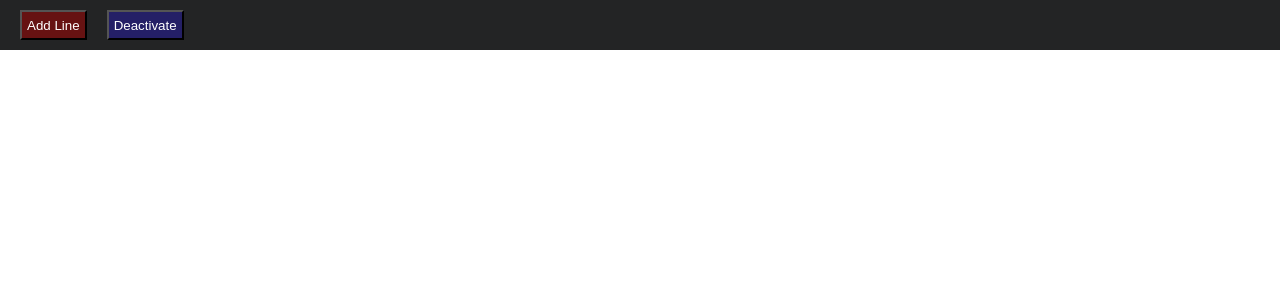
Repository: mykamla/MyJSproj
Page: fabric/index.html
The author's editor kept a copy of each file at every save. The page is drawn from the files as they stood at one save, then again after the next save.
The browser window is 1280 px wide. The pictures show the whole page.
The pointer rests on the first visible `#deactivate-adding-shape`.

Above is the page before, as saved 2022-12-26 15:34:54.

### fabric/index.html
<!DOCTYPE html>
<html lang="en">
<head>
    <meta charset="UTF-8">
    <meta http-equiv="X-UA-Compatible" content="IE=edge">
    <meta name="viewport" content="width=device-width, initial-scale=1.0">
    <link rel="stylesheet" href="style.css">
    <script src="fabric.min.js"></script>
    <title>Fabric Tutorial</title>
</head>
<body>
    <canvas id="canvas"></canvas>
    <div id="toolbar">
        <button class="button" id="adding-line-btn">Add Line</button>
        <button class="button" id="deactivate-adding-shape">Deactivate</button>
    </div>
    <script src="main.js"></script>
</body>
</html>

### fabric/style.css
* {
    box-sizing: border-box;
    -moz-box-sizing: border-box;
    margin: 0;
    padding: 0;
    font-family: sans-serif;
}

#toolbar {
    position: absolute;
    top: 0;
    left: 0;
    background-color: rgb(35, 36, 37);
    color: white;
    width: 100%;
    height: 50px;
}


.button {
    float: left;
    margin-left: 20px;
    padding: 5px;
    height: 30px;
    margin-top: 10px;
    color: white;

}

#adding-line-btn {
    background-color: rgb(102, 18, 18);
}

#adding-line-btn:hover {
    background-color: rgb(221, 31, 31);
    cursor: pointer;
}

#deactivate-adding-shape {
    background-color: rgb(18, 31, 102);
}

#deactivate-adding-shape:hover {
    background-color: rgb(36, 31, 102);
    cursor: pointer;
}

### fabric/main.js
let canvas = new fabric.Canvas('canvas', {
    width: window.innerWidth,
    height: window.innerHeight
})

let addingLineBtn = document.getElementById('adding-line-btn');

addingLineBtn.addEventListener('click', activateAddingLine);

function activateAddingLine() {
    canvas.on('mouse:down', startAddingLine);
    canvas.on('mouse:move', startDrawingLine);
    canvas.on('mouse:up', stopDrawingLine);

    canvas.selection = false;
}

let line;
let mouseDown = false;

function startAddingLine(o) {
    mouseDown = true;

    let pointer = canvas.getPointer(o.e);

    line = new fabric.Line([pointer.x, pointer.y, pointer.x, pointer.y], {
        stroke: 'red',
        strokeWidth: 3
    });
    canvas.add(line);
    canvas.requestRenderAll();
}

function startDrawingLine(o) {
    if(mouseDown === true){
        let pointer = canvas.getPointer(o.e);
        line.set({
            x2: pointer.x,
            y2: pointer.y
        });
        canvas.requestRenderAll();
    }

}

function stopDrawingLine() {
    mouseDown = false;

}

Loaded but not shown: fabric/fabric.min.js (library)

After the next save:
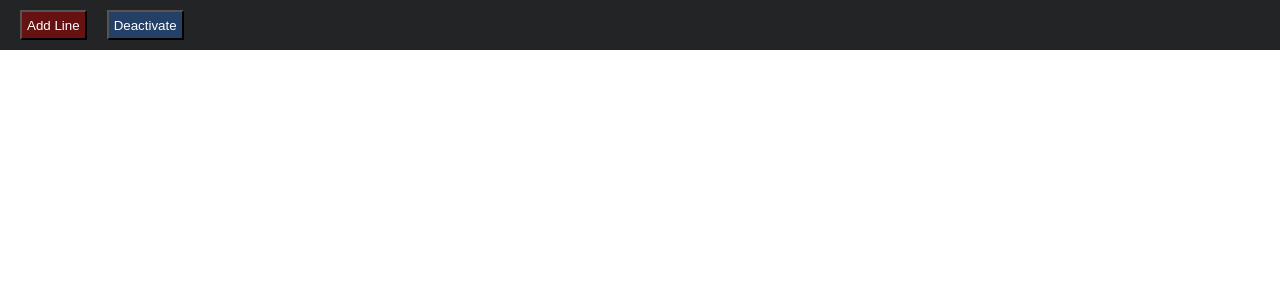
Saved 4 s later.
--- a/fabric/style.css
+++ b/fabric/style.css
@@ -41,6 +41,6 @@
 }
 
 #deactivate-adding-shape:hover {
-    background-color: rgb(36, 31, 102);
+    background-color: rgb(36, 64, 102);
     cursor: pointer;
 }
